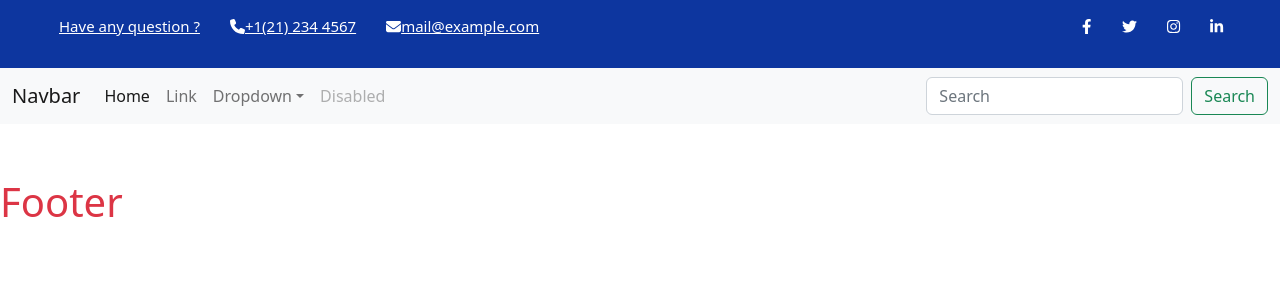
Repository: Gura9891/Lastcapstone
Page: /
An editor plug-in stored every save of this project. The page is shown before and after the next save, followed by the edit.
The browser window is 1280 px wide. The pictures show the whole page.
The project was rebuilt for these pictures with package versions that can differ from the ones it lists, and the page was loaded fresh each time.

Above is the page before, as saved 2022-10-06 12:48:46.

### src/index.tsx
import React from "react";
import ReactDOM from "react-dom/client";
import { Provider } from "react-redux";
import { BrowserRouter, Routes, Route } from "react-router-dom";
import { store } from "./redux/configStore";
import HomeTemplate from "./templates/HomeTemplate";
import "./assets/scss/style.scss";

const root = ReactDOM.createRoot(
  document.getElementById("root") as HTMLElement
);
root.render(
  <Provider store={store}>
    <BrowserRouter>
      <Routes>
        <Route path="" element={<HomeTemplate />}></Route>
      </Routes>
    </BrowserRouter>
  </Provider>
);

### src/redux/configStore.tsx
import {configureStore, PayloadAction} from "@reduxjs/toolkit";
import { type } from "@testing-library/user-event/dist/type";
import { Store } from "antd/lib/form/interface";


export const store = configureStore ({
    reducer: {

    }
})

export type RootState = ReturnType<typeof store.getState>
export type AppDispatch = typeof store.dispatch

### src/templates/HomeTemplate.tsx
import React from "react";
import {Outlet} from "react-router-dom";
import Footer from "../Component/FooterLayout/Footer";
import Header from "../Component/HeaderLayout/Header";

type Props = {};

export default function HomeTemplate({}: Props) {
  return (
    <>
     <Header />
     <Outlet />
     <Footer />
    </>
  );
}

### src/assets/scss/style.scss
@import "./variables/variables";
@import "./base/index";

### src/Component/FooterLayout/Footer.tsx
import React from 'react'

type Props = {}

function Footer({}: Props) {
  return (
    <div className='text-danger fs-1 mt-5' >Footer</div>
  )
}

export default Footer

### src/Component/HeaderLayout/Header.tsx
import React from "react";

type Props = {};

export default function Header({}: Props) {
  return (
    <div className="header">
      {/* top header */}
      <section className="w3l-top-header">
        <div className="container-fluid">
          <div className="top-content-w3ls d-flex align-items-center justify-content-between">
            <div className="top-headers">
              <ul>
                <li>
                  <a href="#help" className="d-sm-block d-none">
                    Have any question ?
                  </a>
                </li>
                <li>
                  <i className="fa fa-phone" />
                  <a href="tel:+1(21) 234 4567">+1(21) 234 4567</a>
                </li>
                <li>
                  <i className="fa fa-envelope" />
                  <a href="mailto:mail@example.com">mail@example.com</a>
                </li>
              </ul>
            </div>
            <div className="top-headers top-headers-2">
              <ul>
                <li>
                  <a href="#facebook">
                    <span />
                    <i className="fa-brands fa-facebook-f" />
                  </a>
                </li>
                <li>
                  <a href="#twitter">
                    <span />
                    <i className="fa-brands fa-twitter" />
                  </a>
                </li>
                <li>
                  <a href="#instagram">
                    <span />
                    <i className="fa-brands fa-instagram" />
                  </a>
                </li>
                <li className="mr-0">
                  <a href="#linkedin">
                    <span />
                    <i className="fa-brands fa-linkedin-in" />
                  </a>
                </li>
              </ul>
            </div>
          </div>
        </div>
      </section>
      {/* //top header */}

      {/* header */}
    <nav className="navbar navbar-expand-lg navbar-light bg-light">
  <div className="container-fluid">
    <a className="navbar-brand" href="#">Navbar</a>
    <button className="navbar-toggler" type="button" data-bs-toggle="collapse" data-bs-target="#navbarSupportedContent" aria-controls="navbarSupportedContent" aria-expanded="false" aria-label="Toggle navigation">
      <span className="navbar-toggler-icon" />
    </button>
    <div className="collapse navbar-collapse" id="navbarSupportedContent">
      <ul className="navbar-nav me-auto mb-2 mb-lg-0">
        <li className="nav-item">
          <a className="nav-link active" aria-current="page" href="#">Home</a>
        </li>
        <li className="nav-item">
          <a className="nav-link" href="#">Link</a>
        </li>
        <li className="nav-item dropdown">
          <a className="nav-link dropdown-toggle" href="#" id="navbarDropdown" role="button" data-bs-toggle="dropdown" aria-expanded="false">
            Dropdown
          </a>
          <ul className="dropdown-menu" aria-labelledby="navbarDropdown">
            <li><a className="dropdown-item" href="#">Action</a></li>
            <li><a className="dropdown-item" href="#">Another action</a></li>
            <li><hr className="dropdown-divider" /></li>
            <li><a className="dropdown-item" href="#">Something else here</a></li>
          </ul>
        </li>
        <li className="nav-item">
          <a className="nav-link disabled" href="#" tabIndex={-1} aria-disabled="true">Disabled</a>
        </li>
      </ul>
      <form className="d-flex">
        <input className="form-control me-2" type="search" placeholder="Search" aria-label="Search" />
        <button className="btn btn-outline-success" type="submit">Search</button>
      </form>
    </div>
  </div>
</nav>

      {/* header */}
    </div>
  );
}

### src/assets/scss/variables/_variables.scss
$theme-color: #e40000;
$primary-color: #0d369f;
$primary-light: #fcf1e7;
$primary-dark: #ffc945;
$secondary-color: #ff6e65;
$font-color: #707070;
$bg-color: #fff;
$bg-color-2: #fff;
$heading-color: #060606;
$footer-color: #060e1f;
$footer-cpy-color: #040a17;
$border-radius: 30px;
$border-radius-full: 15px;
$border-color: transparent;
$border-color-light: #eee;
// $iframe-filter: grayscale(0%);
$bg-grey: #f9f9f9;
$bg-light: #f8f9ff;
$bg-dark-color: #fff;
$quote-text-color: #1d2c4c;
$paceholder-color-search: #6c757d;
// $bg-color-li: rgb(13 54 159 / 9%);
// $box-shadow-color: rgb(4 20 69 / 10%);
$logo-color: #0d369f;

### src/assets/scss/base/_index.scss
/* top header */
.w3l-top-header {
    background: $primary-color;
    padding: 14px 15px;
  }

  .w3l-top-header .top-headers li a,
  .w3l-top-header .top-headers li {
    color: #fff;
    font-size: 15px;
    font-weight: 500;
  }

  .w3l-top-header .top-headers li a:hover {
    color: $secondary-color;
  }

  .w3l-top-header .top-headers li i {
    margin-right: 8px;
  }

  .w3l-top-header .top-headers li {
    display: inline-block;
    margin-right: 2em;
  }

  @media only screen and (max-width: 780px) {
    .w3l-top-header .top-headers li {
      margin-right: 1em;
    }
  }

  @media only screen and (max-width: 680px) {
    .top-content-w3ls {
      display: block !important;
    }

    .top-headers-2 {
      margin-top: 4px;
    }

    .top-headers {
      text-align: center;
    }

    .w3l-top-header {
      padding: 14px 0px;
    }
  }

  @media only screen and (max-width:390px) {
    .w3l-top-header .top-headers li {
      margin-right: .5em;
    }
  }

  @media only screen and (max-width:380px) {
    .cont-ser-position {
      top: 17px;
    }

    .w3l-top-header .top-headers li i {
      margin-right: 4px;
    }
  }

  /* //top header */



  /* header */

  /* //header  */

Loaded but not shown: public/index.html (common file)

After the next save:
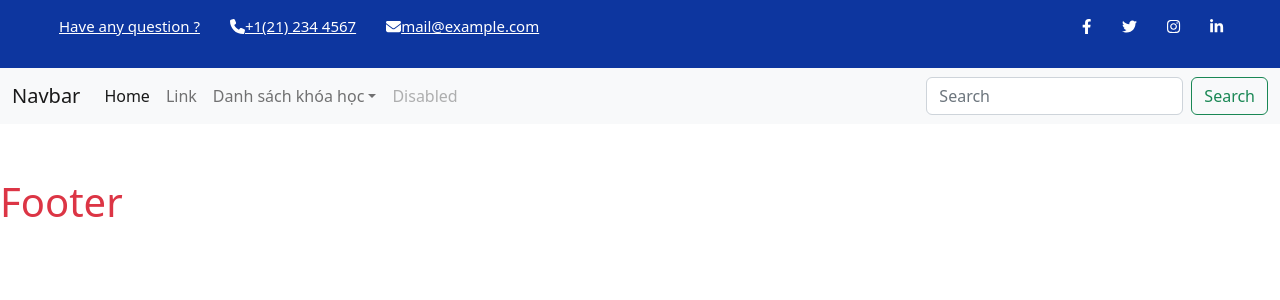
Saved 7 min 37 s later.
--- a/src/Component/HeaderLayout/Header.tsx
+++ b/src/Component/HeaderLayout/Header.tsx
@@ -76,7 +76,7 @@ export default function Header({}: Props) {
         </li>
         <li className="nav-item dropdown">
           <a className="nav-link dropdown-toggle" href="#" id="navbarDropdown" role="button" data-bs-toggle="dropdown" aria-expanded="false">
-            Dropdown
+            Danh sách khóa học
           </a>
           <ul className="dropdown-menu" aria-labelledby="navbarDropdown">
             <li><a className="dropdown-item" href="#">Action</a></li>
